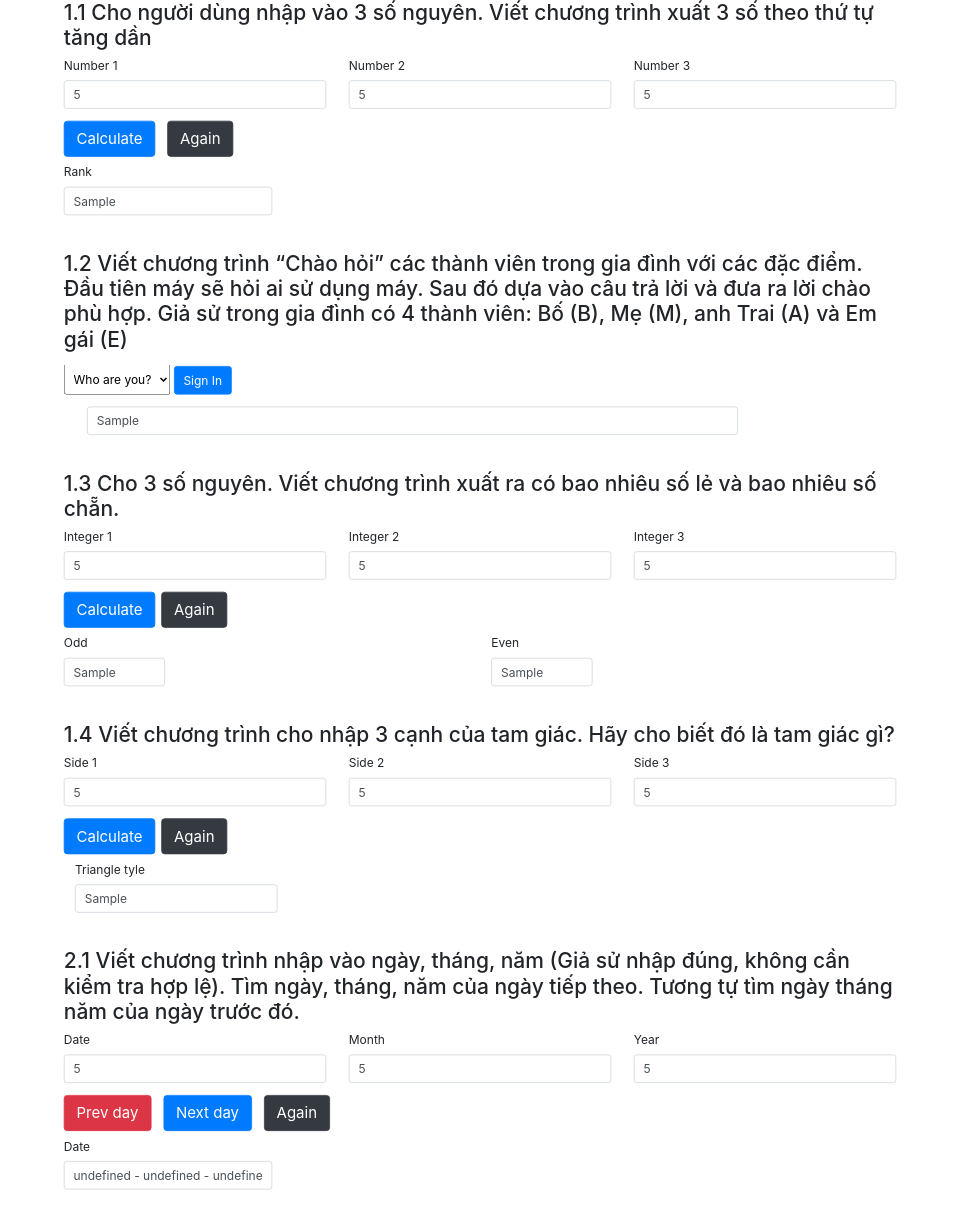
Repository: baobaodeveloper/bootscamp21__jsbasic__HuynhAnhBao
Page: index.html
These files come from the project's save history. The page is drawn as it stood at one moment and after the next save; the edit follows.
The browser window is 1280 px wide. The pictures show the whole page, at 75% of full size.
Empty fields were first filled with sample values (such as "Sample", 5 or name@example.com).
After loading, the first visible `button.btn-danger` was clicked once.

Above is the page before, as saved 2022-03-10 22:58:03.

### index.html
<!DOCTYPE html>
<html lang="en">
  <head>
    <title>javaScript basic</title>
    <!-- Required meta tags -->
    <meta charset="utf-8" />
    <meta
      name="viewport"
      content="width=device-width, initial-scale=1, shrink-to-fit=no"
    />

    <!-- Bootstrap CSS -->
    <link
      rel="stylesheet"
      href="https://stackpath.bootstrapcdn.com/bootstrap/4.3.1/css/bootstrap.min.css"
      integrity="sha384-ggOyR0iXCbMQv3Xipma34MD+dH/1fQ784/j6cY/iJTQUOhcWr7x9JvoRxT2MZw1T"
      crossorigin="anonymous"
    />
  </head>
  <body>
    <!-- Cho người dùng nhập vào 3 số nguyên. Viết chương trình xuất 3 số theo thứ tự tăng dần -->
    <div class="container mb-xl-5">
      <h3>
        1.1 Cho người dùng nhập vào 3 số nguyên. Viết chương trình xuất 3 số
        theo thứ tự tăng dần
      </h3>

      <div class="row">
        <div class="col">
          <label class="form-label">Number 1</label>
          <input
            type="number"
            class="form-control num1"
            placeholder="Enter number 1"
          />
        </div>
        <div class="col">
          <label class="form-label">Number 2</label>
          <input
            type="number"
            class="form-control num2"
            placeholder="Enter number 2"
          />
        </div>
        <div class="col">
          <label class="form-label">Number 3</label>
          <input
            type="number"
            class="form-control num3"
            placeholder="Enter number 3"
          />
        </div>
      </div>

      <div class="d-flex">
        <button
          type="button "
          class="btn btn-primary btn-lg mt-3 mb-2 btn-rank mr-3"
        >
          Calculate
        </button>

        <button
          type="button "
          class="btn btn-dark btn-lg mt-3 mb-2 btn-again-rank"
        >
          Again
        </button>
      </div>

      <div class="mt-3 m-auto">
        <label class="form-label">Rank</label>
        <input type="text" class="form-control w-25 result1" />
      </div>
    </div>

    <!-- Viết chương trình “Chào hỏi” các thành viên trong gia đình với các đặc điểm. Đầu tiên máy
    sẽ hỏi ai sử dụng máy. Sau đó dựa vào câu trả lời và đưa ra lời chào phù hợp. Giả sử trong
    gia đình có 4 thành viên: Bố (B), Mẹ (M), anh Trai (A) và Em gái (E) -->
    <div class="container mb-5">
      <h3 class="mb-3">
        1.2 Viết chương trình “Chào hỏi” các thành viên trong gia đình với các
        đặc điểm. Đầu tiên máy sẽ hỏi ai sử dụng máy. Sau đó dựa vào câu trả lời
        và đưa ra lời chào phù hợp. Giả sử trong gia đình có 4 thành viên: Bố
        (B), Mẹ (M), anh Trai (A) và Em gái (E)
      </h3>

      <select class="form-select p-2" aria-label="Default select example">
        <option selected>Who are you?</option>
        <option value="M">M</option>
        <option value="B">B</option>
        <option value="A">A</option>
        <option value="E">E</option>
      </select>

      <button type="button" class="btn btn-primary btn-sign-in">Sign In</button>

      <div class="m-3 row">
        <div class="col-sm-10">
          <input
            type="text"
            class="form-control output-sign-in"
            id="inputPassword"
          />
        </div>
      </div>
    </div>

    <!--  1.3 Cho 3 số nguyên. Viết chương trình xuất ra có bao nhiêu số lẻ và bao nhiêu số chẵn.-->
    <div class="container mb-xl-5">
      <h3>
        1.3 Cho 3 số nguyên. Viết chương trình xuất ra có bao nhiêu số lẻ và bao
        nhiêu số chẵn.
      </h3>

      <div class="row">
        <div class="col">
          <label class="form-label">Integer 1</label>
          <input
            type="number"
            class="form-control integer1"
            placeholder="Enter integer 1"
          />
        </div>
        <div class="col">
          <label class="form-label">Integer 2</label>
          <input
            type="number"
            class="form-control integer2"
            placeholder="Enter integer 2"
          />
        </div>
        <div class="col">
          <label class="form-label">Integer 3</label>
          <input
            type="number"
            class="form-control integer3"
            placeholder="Enter integer 3"
          />
        </div>
      </div>

      <div class="d-flex">
        <button
          type="button"
          class="btn btn-primary btn-lg mt-3 mb-2 btn-integer mr-2"
        >
          Calculate
        </button>

        <button
          type="button "
          class="btn btn-light btn-lg mt-3 mb-2 btn-dark btn-again-integer"
        >
          Again
        </button>
      </div>

      <div class="row">
        <div class="mt-3 m-auto col">
          <label class="form-label">Odd</label>
          <input type="text" class="form-control w-25 outputOdd" />
        </div>
        <div class="mt-3 m-auto col">
          <label class="form-label">Even</label>
          <input type="text" class="form-control w-25 outputEven" />
        </div>
      </div>
    </div>

    <!--Viết chương trình cho nhập 3 cạnh của tam giác. Hãy cho biết đó là tam giác gì?-->

    <div class="container mb-xl-5">
      <h3>
        1.4 Viết chương trình cho nhập 3 cạnh của tam giác. Hãy cho biết đó là
        tam giác gì?
      </h3>

      <div class="row">
        <div class="col">
          <label class="form-label">Side 1</label>
          <input
            type="number"
            class="form-control side1"
            placeholder="Enter side 1"
          />
        </div>
        <div class="col">
          <label class="form-label">Side 2</label>
          <input
            type="number"
            class="form-control side2"
            placeholder="Enter side 2"
          />
        </div>
        <div class="col">
          <label class="form-label">Side 3</label>
          <input
            type="number"
            class="form-control side3"
            placeholder="Enter side 3"
          />
        </div>
      </div>

      <div class="d-flex">
        <button
          type="button"
          class="btn btn-primary btn-lg mt-3 mb-2 mr-2 btn-triangle"
        >
          Calculate
        </button>

        <button
          type="button "
          class="btn btn-light btn-lg mt-3 mb-2 btn-dark btn-again-triangle"
        >
          Again
        </button>
      </div>

      <div class="mt-3 m-auto col">
        <label class="form-label">Triangle tyle</label>
        <input type="text" class="form-control w-25 triangle-type" />
      </div>
    </div>

    <!--Viết chương trình nhập vào ngày, tháng, năm (Giả sử nhập đúng, không cần kiểm tra hợp
  lệ). Tìm ngày, tháng, năm của ngày tiếp theo. Tương tự tìm ngày tháng năm của ngày trước
  đó.  -->

    <div class="container mb-xl-5">
      <h3>
        2.1 Viết chương trình nhập vào ngày, tháng, năm (Giả sử nhập đúng, không
        cần kiểm tra hợp lệ). Tìm ngày, tháng, năm của ngày tiếp theo. Tương tự
        tìm ngày tháng năm của ngày trước đó.
      </h3>

      <div class="row">
        <div class="col">
          <label class="form-label">Date</label>
          <input
            type="number"
            class="form-control date"
            placeholder="Enter date"
          />
        </div>
        <div class="col">
          <label class="form-label">Month</label>
          <input
            type="number"
            class="form-control month"
            placeholder="Enter month"
          />
        </div>
        <div class="col">
          <label class="form-label">Year</label>
          <input
            type="number"
            class="form-control year"
            placeholder="Enter year"
          />
        </div>
      </div>

      <div class="d-flex">
        <button
          type="button "
          class="btn btn-danger btn-lg mt-3 mb-2 btn-prev mr-3"
        >
          Prev day
        </button>
        <button
          type="button "
          class="btn btn-primary btn-lg mt-3 mb-2 btn-next mr-3"
        >
          Next day
        </button>

        <button
          type="button "
          class="btn btn-dark btn-lg mt-3 mb-2 btn-again-date"
        >
          Again
        </button>
      </div>

      <div class="mt-3 m-auto">
        <label class="form-label">Date</label>
        <input type="text" class="form-control w-25 date-text" />
      </div>
    </div>

    <!-- Optional JavaScript -->
    <!-- jQuery first, then Popper.js, then Bootstrap JS -->
    <script
      src="https://code.jquery.com/jquery-3.3.1.slim.min.js"
      integrity="sha384-q8i/X+965DzO0rT7abK41JStQIAqVgRVzpbzo5smXKp4YfRvH+8abtTE1Pi6jizo"
      crossorigin="anonymous"
    ></script>
    <script
      src="https://cdnjs.cloudflare.com/ajax/libs/popper.js/1.14.7/umd/popper.min.js"
      integrity="sha384-UO2eT0CpHqdSJQ6hJty5KVphtPhzWj9WO1clHTMGa3JDZwrnQq4sF86dIHNDz0W1"
      crossorigin="anonymous"
    ></script>
    <script
      src="https://stackpath.bootstrapcdn.com/bootstrap/4.3.1/js/bootstrap.min.js"
      integrity="sha384-JjSmVgyd0p3pXB1rRibZUAYoIIy6OrQ6VrjIEaFf/nJGzIxFDsf4x0xIM+B07jRM"
      crossorigin="anonymous"
    ></script>

    <!-- <script src="exercise1.js"></script> -->
    <!-- <script src="exercise2.js"></script> -->
    <!-- <script src="exercise3.js"></script> -->
    <!-- <script src="exercise4.js"></script> -->
    <script src="exercise5.js"></script>
  </body>
</html>

### exercise5.js
const date = document.querySelector(".date");
const month = document.querySelector(".month");
const year = document.querySelector(".year");
const btnNext = document.querySelector(".btn-next");
const btnAgainDay = document.querySelector(".btn-again-date");
const dateText = document.querySelector(".date-text");
const btnPrev = document.querySelector(".btn-prev");

btnNext.addEventListener("click", () => {
  const dateValue = +date.value;
  const monthValue = +month.value;
  const yearValue = +year.value;

  let dateNext;
  let monthNext;
  let yearNext;

  let dayNext = ``;
  //   Day normal

  if (
    dateValue <= 0 ||
    dateValue > 31 ||
    monthValue <= 0 ||
    monthValue > 12 ||
    yearValue <= 0 ||
    date.value === "" ||
    month.value === "" ||
    year.value === ""
  )
    return (dateText.value = "Invalid");
  dateNext = dateValue + 1;
  monthNext = monthValue;
  yearNext = yearValue;
  //   dayNext = `${dateNext} - ${monthNext} - ${yearNext}`;

  //   Day is 31 dates and month are 1,3,5,7,8,10,12

  if (dateValue === 31) {
    switch (monthValue) {
      case 1:
      case 3:
      case 5:
      case 7:
      case 8:
      case 10:
      case 12:
        dateNext = 1;
        monthNext = monthValue + 1;
        yearNext = yearValue;
        break;
      case 4:
      case 6:
      case 9:
      case 11:
        return (dateText.value = "Invalid");
    }
  }
  // end of the month 12

  if (dateValue === 31 && monthValue === 12) {
    dateNext = 1;
    monthNext = 1;
    yearNext = yearValue + 1;
  }

  //   Day is 30 dates and month are 4,6,9,11

  if (dateValue === 30) {
    switch (monthValue) {
      case 4:
      case 6:
      case 9:
      case 11:
        dateNext = 1;
        monthNext = monthValue + 1;
        yearNext = yearValue;
    }
  }

  //   leap year

  if (dateValue > 29 && yearValue % 4 === 0 && monthValue === 2) {
    return (dateText.value = "Invalid");
  }
  if (dateValue > 28 && yearValue % 4 !== 0 && monthValue === 2) {
    return (dateText.value = "Invalid");
  }

  if (dateValue === 29 && yearValue % 4 === 0 && monthValue === 2) {
    dateNext = 1;
    monthNext = monthValue + 1;
    yearNext = yearValue;
  } else if (monthValue === 2 && yearValue % 4 !== 0 && dateValue === 28) {
    dateNext = 1;
    monthNext = monthValue + 1;
    yearNext = yearValue;
  }

  dayNext = `${dateNext < 10 ? "0" + dateNext : dateNext} - ${
    monthNext < 10 ? "0" + monthNext : monthNext
  } - ${yearNext}`;

  dateText.value = dayNext;
});

btnAgainDay.addEventListener("click", () => {
  dateText.value = "";
  date.value = "";
  month.value = "";
  year.value = "";
});

btnPrev.addEventListener("click", () => {
  const dateValue = +date.value;
  const monthValue = +month.value;
  const yearValue = +year.value;

  let datePrev;
  let monthPrev;
  let yearPrev;

  let dayPrev = ``;
  //   Day normal

  if (
    dateValue <= 0 ||
    dateValue > 31 ||
    monthValue <= 0 ||
    monthValue > 12 ||
    yearValue <= 0 ||
    date.value === "" ||
    month.value === "" ||
    year.value === ""
  )
    return (dateText.value = "Invalid");

  //   Day is 31 dates and month are 1,3,5,7,8,10,12

  if (dateValue === 1) {
    switch (monthValue) {
      case 1:
      case 3:
      case 5:
      case 7:
      case 8:
      case 10:
      case 12:
        datePrev = 30;
        monthPrev = monthValue - 1;
        yearPrev = yearValue;
    }
  }

  // end of the month 12

  if (dateValue === 1 && monthValue === 1) {
    datePrev = 31;
    monthPrev = 12;
    yearPrev = yearValue - 1;
  }

  //   Day is 30 dates and month are 4,6,9,11

  if (dateValue === 1) {
    switch (monthValue) {
      case 4:
      case 6:
      case 9:
      case 11:
        datePrev = 31;
        monthPrev = monthValue - 1;
        yearPrev = yearValue;
    }
  }

  if (dateValue === 31) {
    switch (monthValue) {
      case 4:
      case 6:
      case 9:
      case 11:
        return (dateText.value = "Invalid");
    }
  }

  //   leap year

  if (dateValue > 29 && yearValue % 4 === 0 && monthValue === 2) {
    return (dateText.value = "Invalid");
  }
  if (dateValue > 28 && yearValue % 4 !== 0 && monthValue === 2) {
    return (dateText.value = "Invalid");
  }

  if (dateValue === 1 && yearValue % 4 === 0 && monthValue === 3) {
    datePrev = 29;
    monthPrev = monthValue - 1;
    yearPrev = yearValue;
  } else if (monthValue === 3 && yearValue % 4 !== 0 && dateValue === 1) {
    datePrev = 28;
    monthPrev = monthValue - 1;
    yearPrev = yearValue;
  }

  dayPrev = `${datePrev < 10 ? "0" + datePrev : datePrev} - ${
    monthPrev < 10 ? "0" + monthPrev : monthPrev
  } - ${yearPrev}`;

  dateText.value = dayPrev;
});

After the next save:
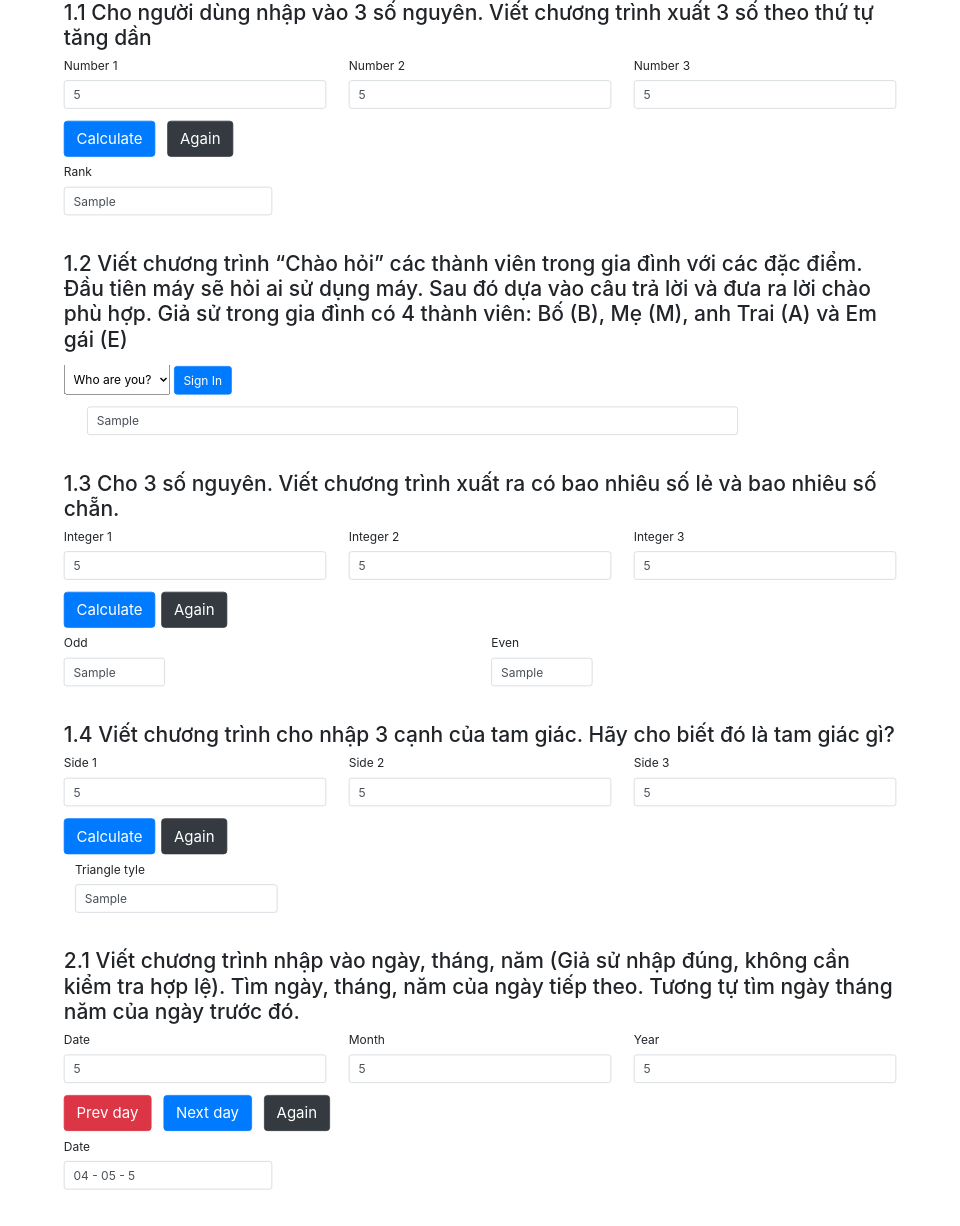
Saved 40 s later.
--- a/exercise5.js
+++ b/exercise5.js
@@ -134,6 +134,9 @@
     year.value === ""
   )
     return (dateText.value = "Invalid");
+  datePrev = dateValue - 1;
+  monthPrev = monthValue;
+  yearPrev = yearValue;
 
   //   Day is 31 dates and month are 1,3,5,7,8,10,12
 
